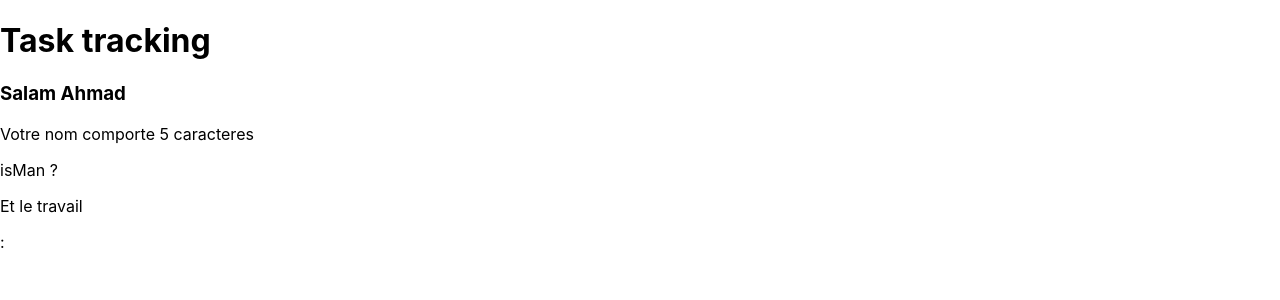
Repository: feyroozecode/task_tracker
Page: /
An editor plug-in stored every save of this project. The page is shown before and after the next save, followed by the edit.
The browser window is 1280 px wide. The pictures show the whole page.
The project was rebuilt for these pictures with package versions that can differ from the ones it lists, and the page was loaded fresh each time. Also part of the build but not shown: src/App.css.

Above is the page before, as saved 2023-10-19 12:22:11.

### public/index.html
<!DOCTYPE html>
<html lang="en">
  <head>
    <meta charset="utf-8" />
    <link rel="icon" href="%PUBLIC_URL%/favicon.ico" />
    <meta name="viewport" content="width=device-width, initial-scale=1" />
    <meta name="theme-color" content="#000000" />
    <meta
      name="description"
      content="Web site created using create-react-app"
    />
    <link rel="apple-touch-icon" href="%PUBLIC_URL%/logo192.png" />

    <link rel="manifest" href="%PUBLIC_URL%/manifest.json" />

    <title>React App</title>
  </head>
  <body>
    <noscript>You need to enable JavaScript to run this app.</noscript>

    <div id="root"></div>

  </body>
</html>

### src/App.js
import './App.css';

function App() {
  const userName = 'Ahmad'
  const isMan = true

  return (
    <div className="container">
      <h1>Task tracking </h1>
      <h3>Salam {userName} </h3>

      <p>Votre nom comporte  { userName.length.toString() } caracteres </p>
      isMan ? <p>Et le travail</p> :
    </div>
  );
}

export default App;

Loaded but not shown: src/index.js (common file); src/index.css (common file)

After the next save:
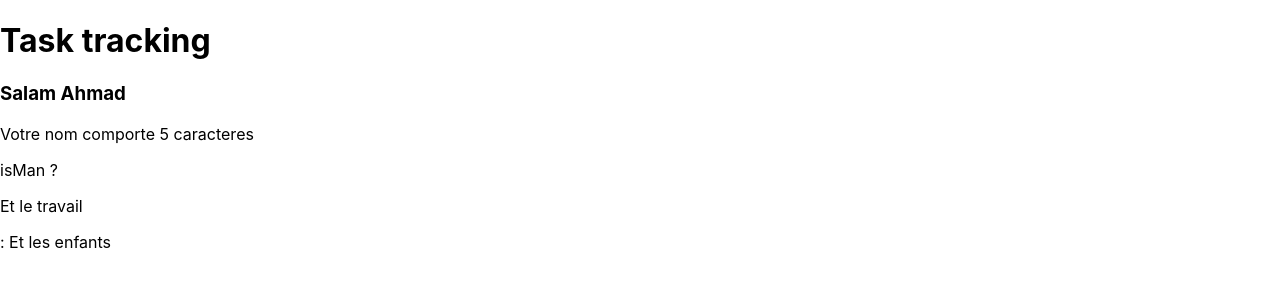
Saved 18 s later.
--- a/src/App.js
+++ b/src/App.js
@@ -10,7 +10,7 @@
       <h3>Salam {userName} </h3>
 
       <p>Votre nom comporte  { userName.length.toString() } caracteres </p>
-      isMan ? <p>Et le travail</p> :
+      isMan ? <p>Et le travail</p> : <>Et les enfants</>
     </div>
   );
 }
